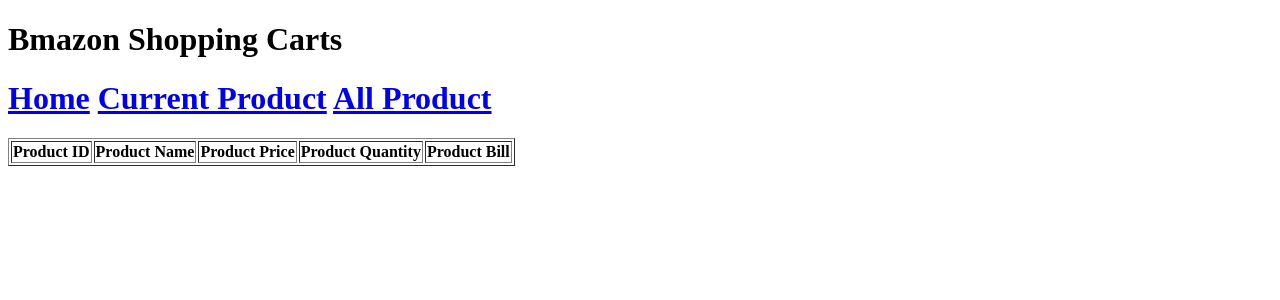
Repository: shivendra05/WebService_SpringRest
Page: http://localhost/23_MVC_JPA/WEB-INF/views/usersData.jsp
An editor plug-in stored every save of this project. The page is shown before and after the next save, followed by the edit.
The browser window is 1280 px wide. The pictures show the whole page.
The page is served by Tomcat 9. Nobody is signed in. The template is opened directly, without the code that normally fills it, so the values that code supplies are empty.

Above is the page before, as saved 2021-12-07 12:50:40.

After the next save:
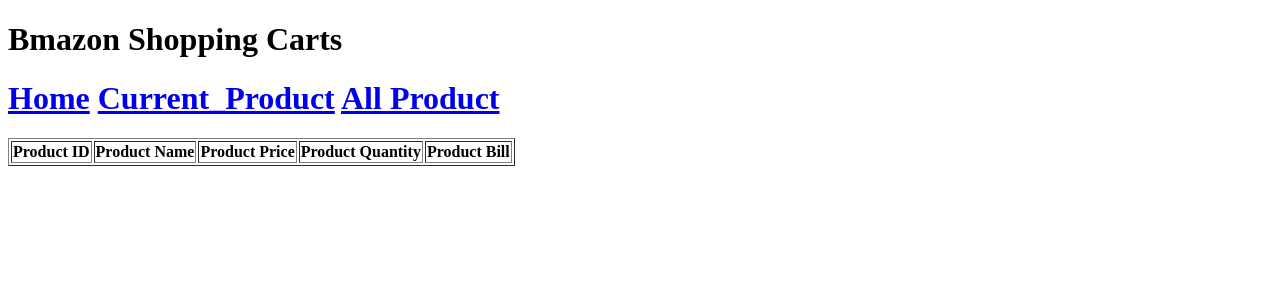
Saved 24 s later.
--- a/SpringBoot@7AM/23_MVC_JPA/src/main/webapp/WEB-INF/views/usersData.jsp
+++ b/SpringBoot@7AM/23_MVC_JPA/src/main/webapp/WEB-INF/views/usersData.jsp
@@ -12,8 +12,8 @@
 
 	<span>
 		<h1>
-			<a href="productHome">Home</a> <a href="userRegister">Current
-				Product</a> <a href="all">All Product</a>
+			<a href="productHome">Home</a>
+			<a href="userRegister">Current_Product</a> <a href="all">All Product</a>
 		</h1>
 	</span>
 
